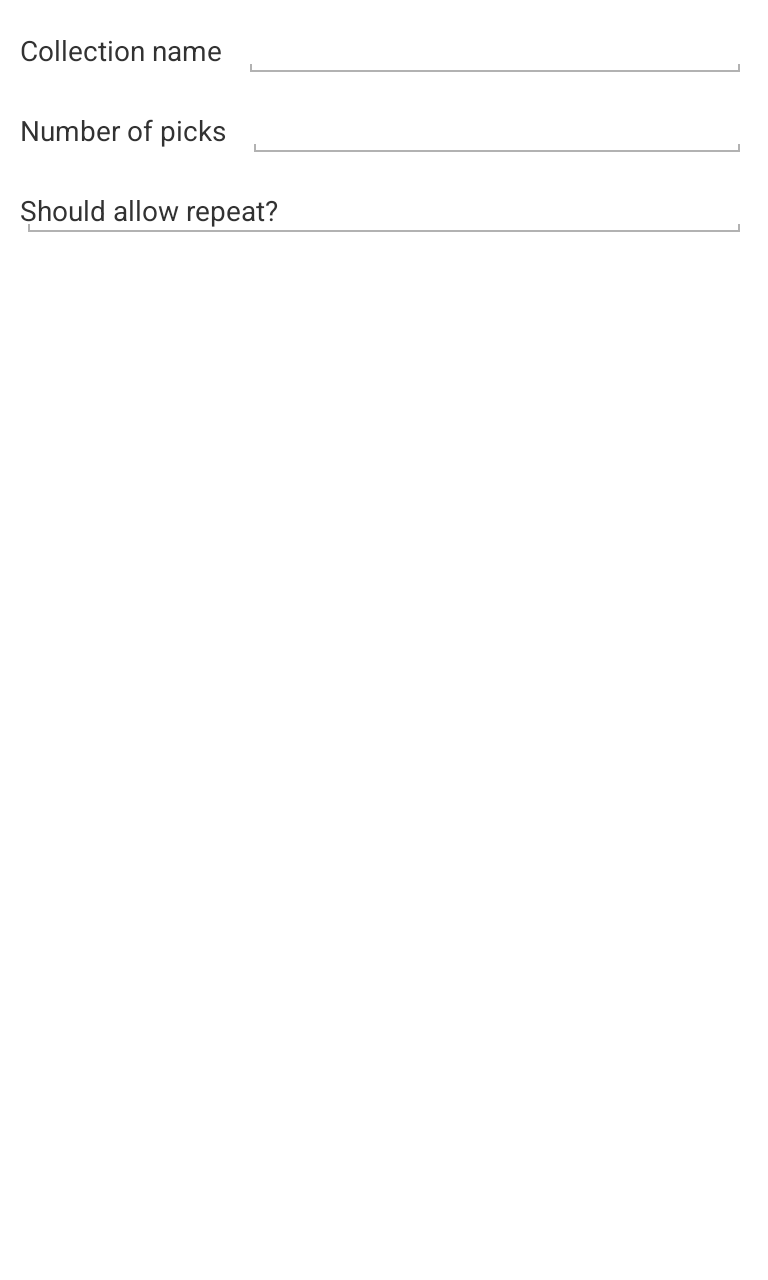
Repository: nqmtuan/RandomRandomizerAndroid
Layout: Workspace/RandomRandomizer/res/layout/create_edit_random_collection.xml
The author's editor kept a copy of each file at every save. The layout is drawn from the files as they stood at one save, then again after the next save.
It is drawn on a 768 x 1280 px phone screen (xhdpi) without system bars, with theme AppTheme; the app's code is not run.

Above is the layout before, as saved 2013-07-29 14:44:41.

### Workspace/RandomRandomizer/res/layout/create_edit_random_collection.xml
<?xml version="1.0" encoding="utf-8"?>
<RelativeLayout xmlns:android="http://schemas.android.com/apk/res/android"
    android:layout_width="match_parent"
    android:layout_height="match_parent" >

	<RelativeLayout
	    android:id="@+id/create_random_collection_name_container"
	    android:layout_width="match_parent"
	    android:layout_height="wrap_content"
	    android:layout_marginTop="10dp"
	    >

	    <TextView
	        android:id="@+id/create_random_collection_name_text_view"
	        android:layout_width="wrap_content"
	        android:layout_height="wrap_content"
	        android:text="@string/random_collection_name_label"
	        android:layout_centerVertical="true"
	        android:layout_marginLeft="10dp"
	        />

	    <EditText
	        android:id="@+id/create_random_collection_name_edit_text"
	        android:layout_width="fill_parent"
	        android:layout_height="30dp"
	        android:layout_toRightOf="@+id/create_random_collection_name_text_view"
	        android:layout_marginLeft="10dp"
	        android:layout_marginRight="10dp"
	        />
	</RelativeLayout>

	<RelativeLayout
	    android:id="@+id/create_random_collection_nselection_container"
	    android:layout_width="match_parent"
	    android:layout_height="wrap_content"
	    android:layout_marginTop="10dp"
	    android:layout_below="@+id/create_random_collection_name_container"
	    >

	    <TextView
	        android:id="@+id/create_random_collection_nselection_text_view"
	        android:layout_width="wrap_content"
	        android:layout_height="wrap_content"
	        android:text="@string/random_collection_nselection_label"
	        android:layout_centerVertical="true"
	        android:layout_marginLeft="10dp"
	        />

	    <EditText
	        android:id="@+id/create_random_collection_nselection_edit_text"
	        android:layout_width="fill_parent"
	        android:layout_height="30dp"
	        android:layout_toRightOf="@+id/create_random_collection_nselection_text_view"
	        android:layout_marginLeft="10dp"
	        android:layout_marginRight="10dp"
	        android:inputType="number"
	        />
	</RelativeLayout>

	<RelativeLayout
	    android:id="@+id/create_random_collection_should_allow_repeat_container"
	    android:layout_width="match_parent"
	    android:layout_height="wrap_content"
	    android:layout_marginTop="10dp"
	    android:layout_below="@+id/create_random_collection_nselection_container"
	    >

	    <TextView
	        android:id="@+id/create_random_collection_should_allow_repeat_text_view"
	        android:layout_width="wrap_content"
	        android:layout_height="wrap_content"
	        android:text="@string/random_collection_should_allow_repeat_label"
	        android:layout_centerVertical="true"
	        android:layout_marginLeft="10dp"
	        />

	    <EditText
	        android:id="@+id/create_random_collection_nselection_edit_text"
	        android:layout_width="fill_parent"
	        android:layout_height="30dp"
	        android:layout_toRightOf="@+id/create_random_collection_nselection_text_view"
	        android:layout_marginLeft="10dp"
	        android:layout_marginRight="10dp"
	        android:inputType="number"
	        />
	</RelativeLayout>


</RelativeLayout>

### Workspace/RandomRandomizer/res/values/strings.xml
<?xml version="1.0" encoding="utf-8"?>
<resources>

    <string name="app_name">Random Randomizer</string>
    <string name="action_settings">Settings</string>
    <string name="hello_world">Hello world!</string>
    <string name="random_collection_name_label">Collection name</string>
    <string name="random_collection_nselection_label">Number of picks</string>
    <string name="random_collection_should_allow_repeat_label">Should allow repeat?</string>

</resources>

Loaded but not shown: Workspace/RandomRandomizer/res/values/styles.xml (common file); Workspace/RandomRandomizer/res/values-v11/styles.xml (common file); Workspace/RandomRandomizer/res/values-v14/styles.xml (common file)

After the next save:
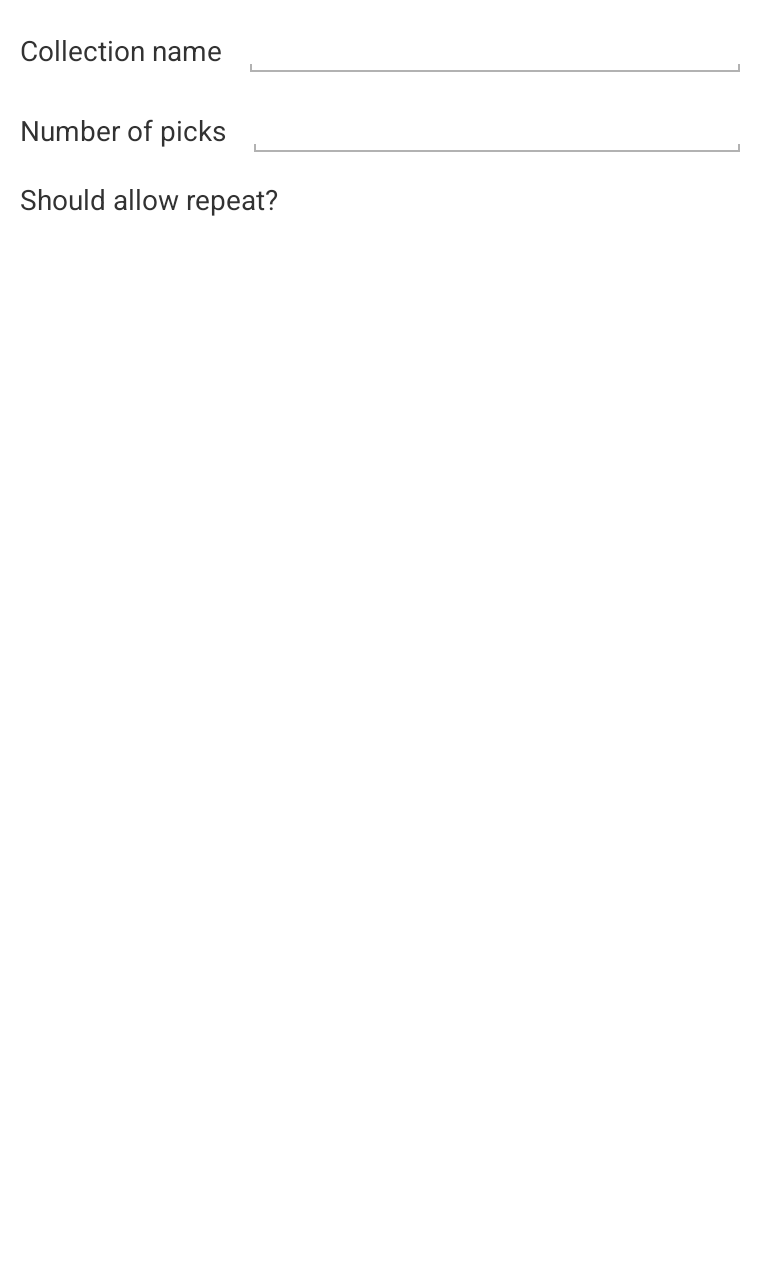
Saved 14 s later.
--- a/Workspace/RandomRandomizer/res/layout/create_edit_random_collection.xml
+++ b/Workspace/RandomRandomizer/res/layout/create_edit_random_collection.xml
@@ -74,15 +74,6 @@
 	        android:layout_marginLeft="10dp"
 	        />
 
-	    <EditText
-	        android:id="@+id/create_random_collection_nselection_edit_text"
-	        android:layout_width="fill_parent"
-	        android:layout_height="30dp"
-	        android:layout_toRightOf="@+id/create_random_collection_nselection_text_view"
-	        android:layout_marginLeft="10dp"
-	        android:layout_marginRight="10dp"
-	        android:inputType="number"
-	        />
 	</RelativeLayout>
 
 
